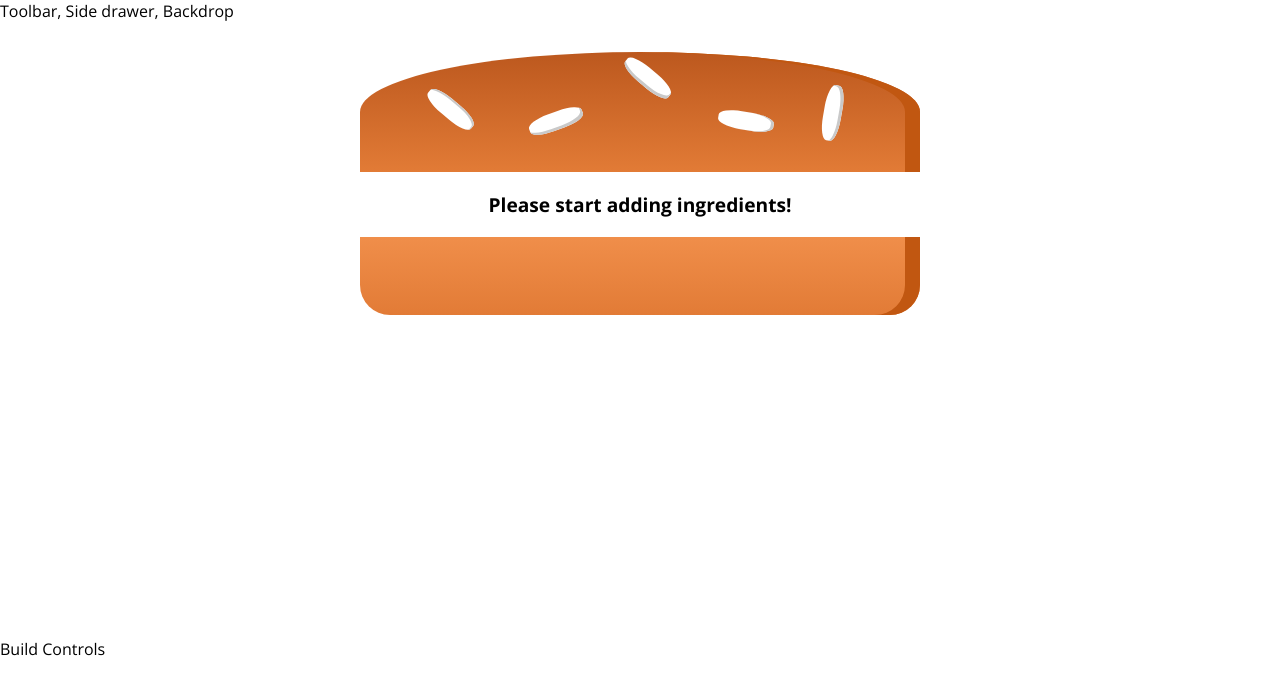
Repository: AidanHak/burger-builder
Page: /
These files come from the project's save history. The page is drawn as it stood at one moment and after the next save; the edit follows.
The browser window is 1280 px wide. The pictures show the whole page.
The project was rebuilt for these pictures with package versions that can differ from the ones it lists, and the page was loaded fresh each time. Also part of the build but not shown: src/components/Burger/BuildControls/BuildControls.module.css.

Above is the page before, as saved 2021-03-10 14:56:33.

After the next save:
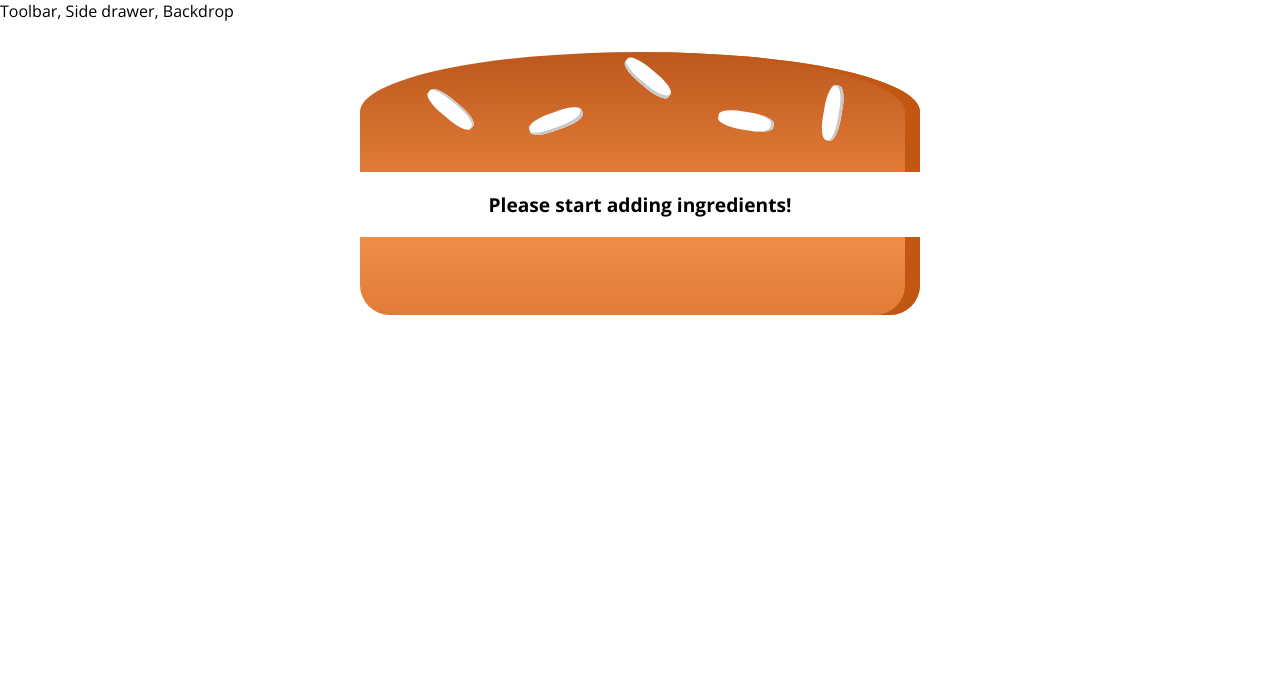
Saved 3 min 44 s later.
--- a/src/containers/BurgerBuilder/BurgerBuilder.js
+++ b/src/containers/BurgerBuilder/BurgerBuilder.js
@@ -1,6 +1,7 @@
 import React, { Component } from 'react';
 import Auxilliary from '../../hoc/Auxilliary';
 import Burger from '../../components/Burger/Burger';
+import BuildControls from '../../components/Burger/BuildControls/BuildControls';
 
 class BurgerBuilder extends Component {
 	// constructor(props) {
@@ -20,7 +21,7 @@ class BurgerBuilder extends Component {
 		return (
 			<Auxilliary>
 				<Burger ingredients={this.state.ingredients} />
-				<div>Build Controls</div>
+				<BuildControls />
 			</Auxilliary>
 		);
 	}
